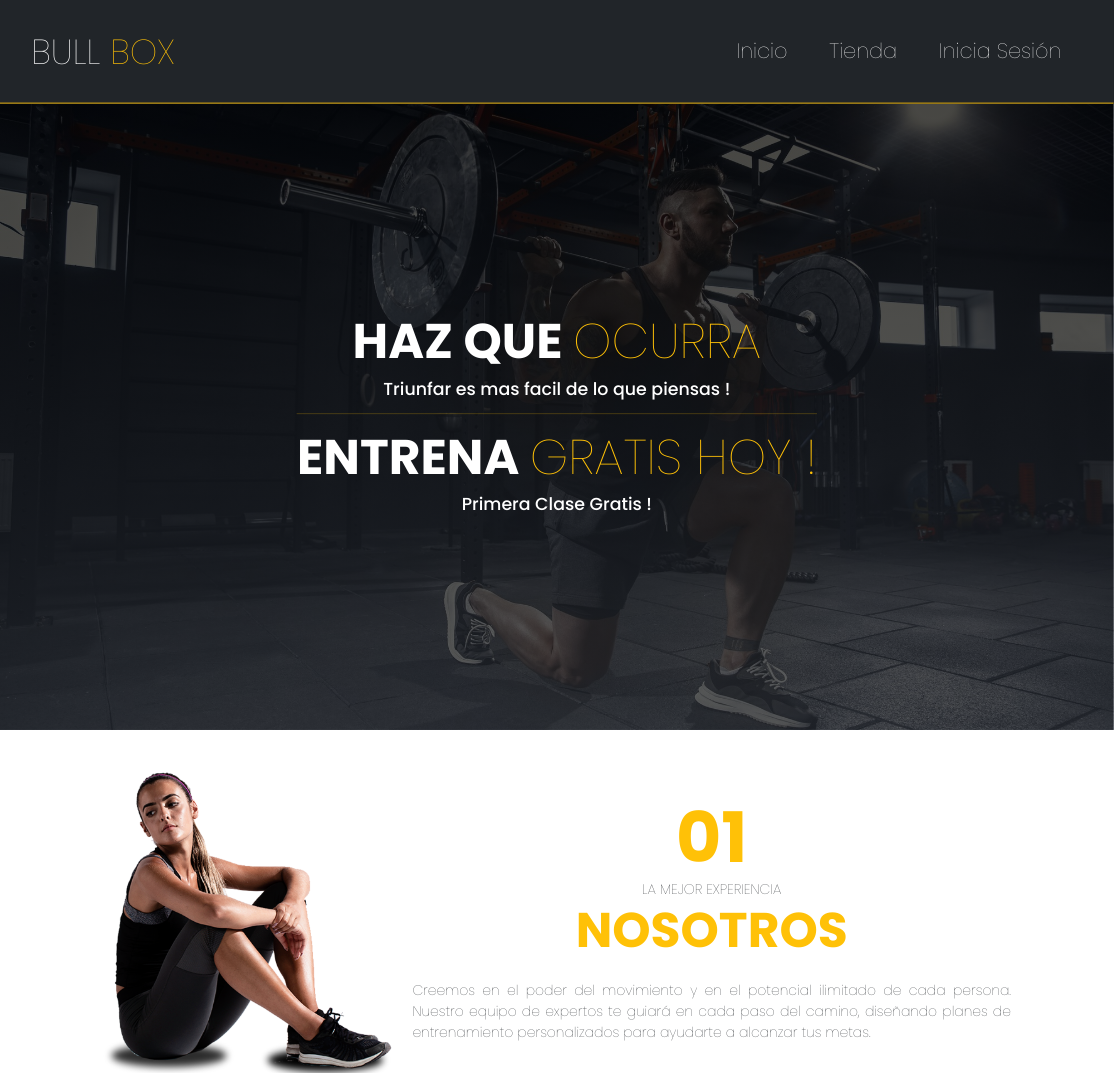
Repository: enjeru13/BullBox
Page: / (app in BullBox/)
The author's editor kept a copy of each file at every save. The page is drawn from the files as they stood at one save, then again after the next save.
The browser window is 1280 px wide. The pictures show the part of the page from y = 0 to 1233 px (the page is 4177 px tall), at 87% of full size.
Pictures or frames that could not be fetched are drawn as grey boxes. The project was rebuilt for these pictures with package versions that can differ from the ones it lists, and the page was loaded fresh each time. Also part of the build but not shown: BullBox/vite.config.js, BullBox/src/pages/Registro.jsx, BullBox/src/pages/Login.jsx, BullBox/src/pages/Perfil.jsx, BullBox/src/pages/Tienda.jsx, BullBox/ProtectedRoute.jsx.

Above is the page before, as saved 2024-10-28 12:19:23.

After the next save:
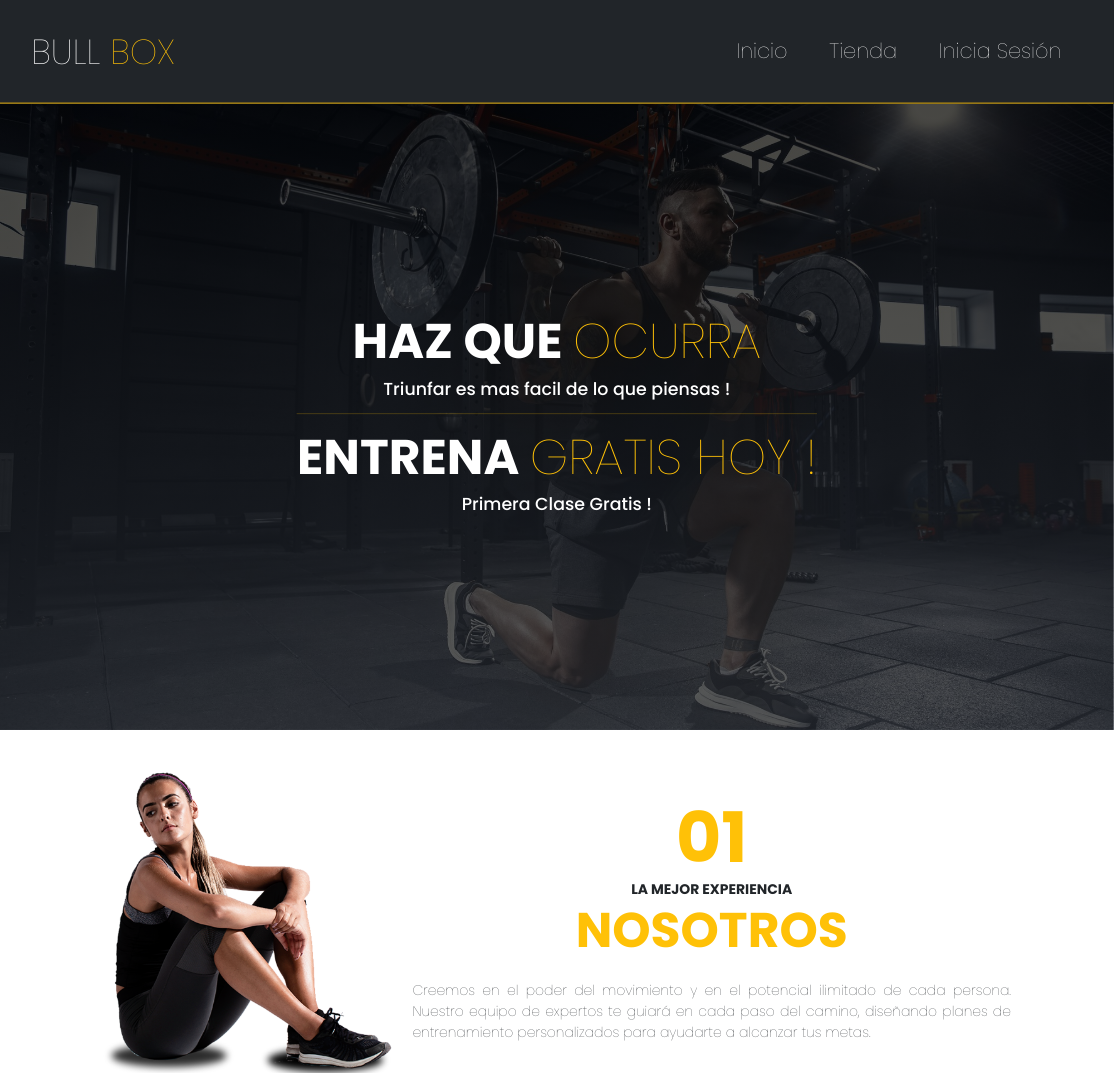
Saved 15 s later.
--- a/BullBox/src/pages/Inicio.jsx
+++ b/BullBox/src/pages/Inicio.jsx
@@ -31,7 +31,7 @@ function Inicio() {
                         <div className='text-warning fw-bold display-1'>
                             01
                         </div>
-                        <span className=''>LA MEJOR EXPERIENCIA</span>
+                        <span className='fw-bold'>LA MEJOR EXPERIENCIA</span>
                         <h1 className='text-warning fw-bold display-4'>NOSOTROS</h1>
                         <p className='justified-text pt-3'> Creemos en el poder del movimiento y en el potencial ilimitado de cada persona. Nuestro equipo de expertos te guiará en cada paso del camino, diseñando planes de entrenamiento personalizados para ayudarte a alcanzar tus metas. </p>
                     </div>
